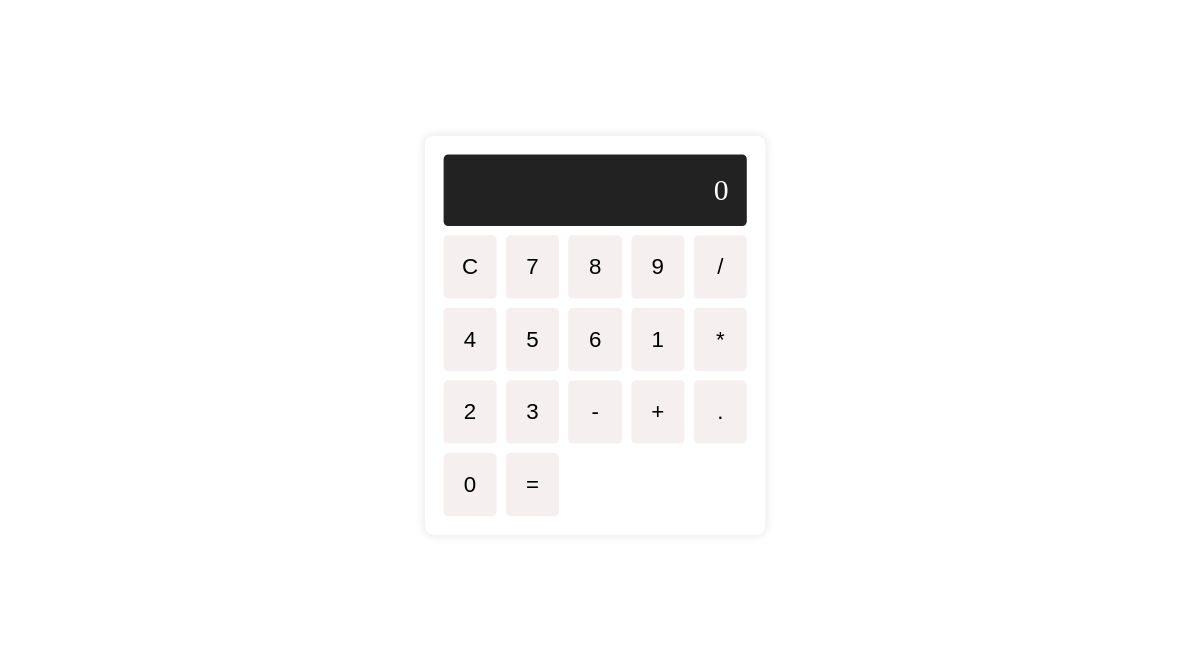
Repository: alizey12/calculator
Page: index.html
These files come from the project's save history. The page is drawn as it stood at one moment and after the next save; the edit follows.
The browser window is 1280 px wide. The pictures show the whole page, at 93% of full size.

Above is the page before, as saved 2024-11-23 18:47:21.

After the next save:
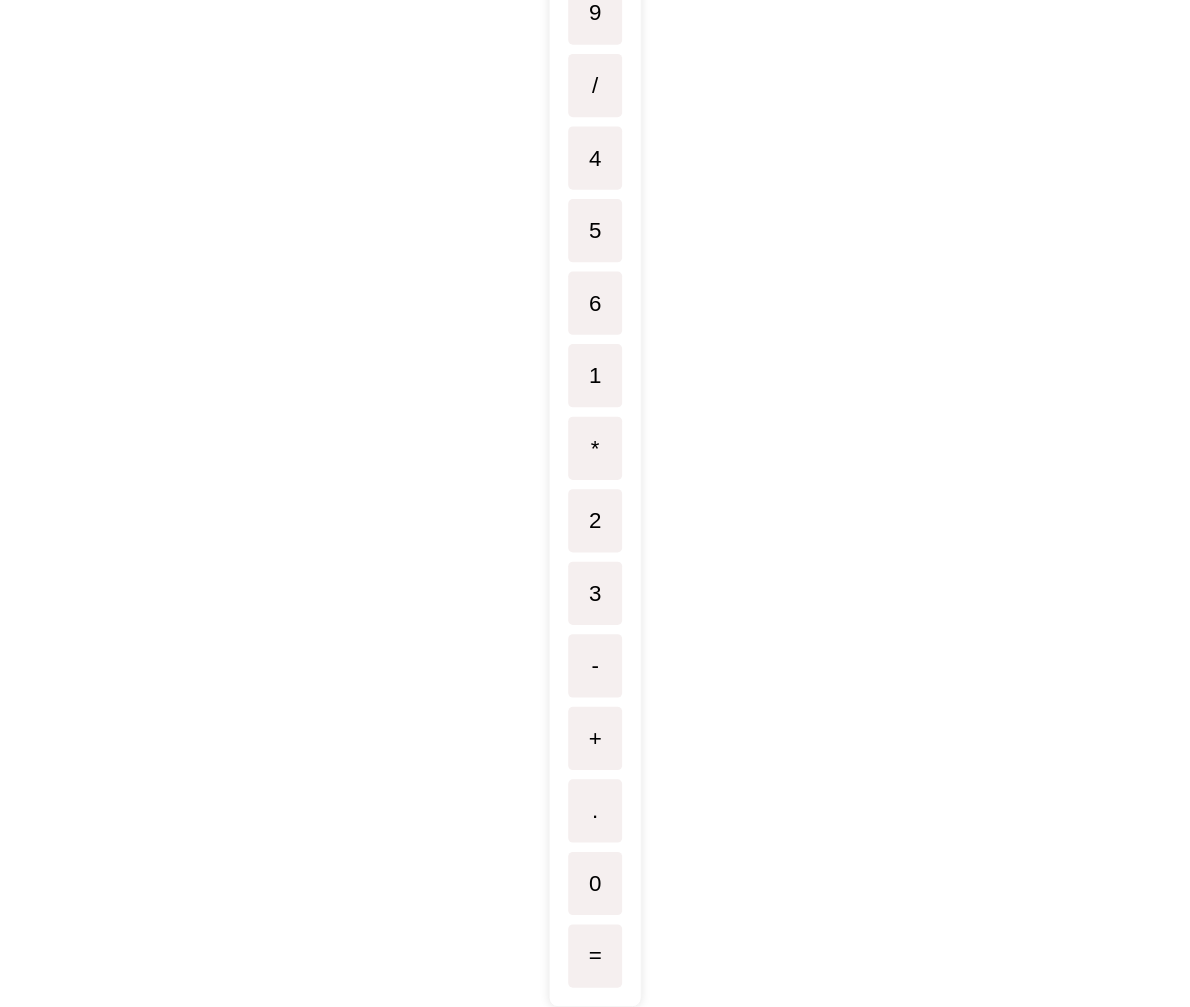
Saved 63 s later.
--- a/styles.css
+++ b/styles.css
@@ -28,7 +28,7 @@ body {
 
 .buttons {
     display: grid;
-    grid-template-columns: repeat(5, 1fr);
+    grid-template-columns: repeat(, 1fr);
     gap: 10px;
 }
 

After the save that followed:
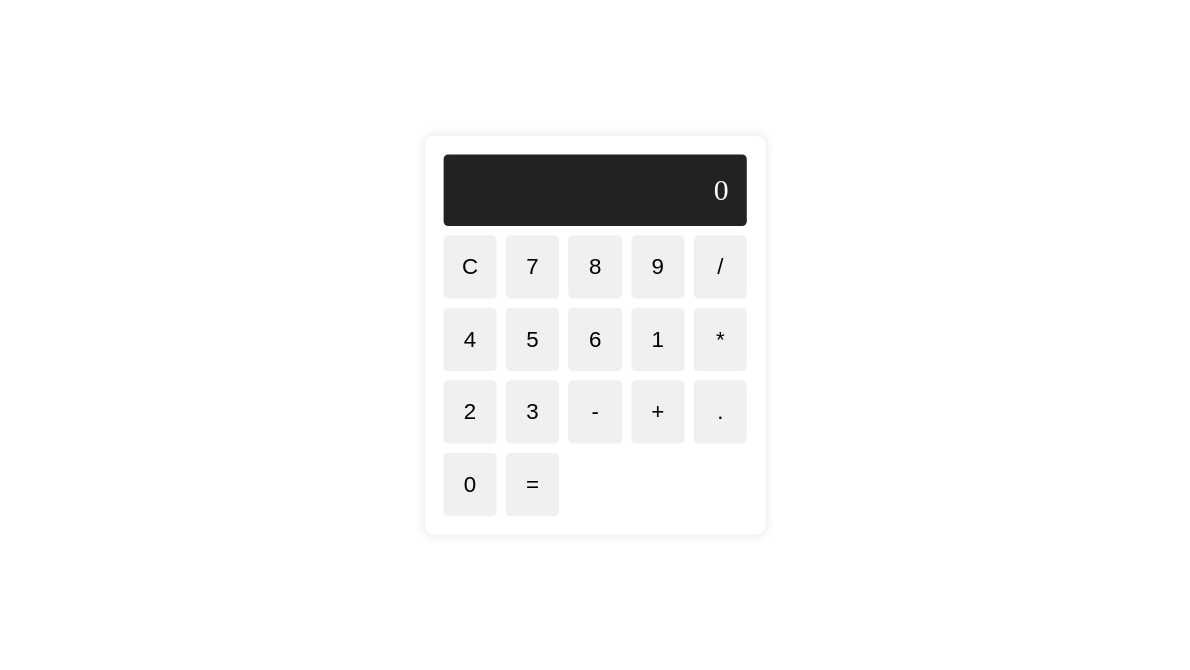
Saved 5 s later.
--- a/styles.css
+++ b/styles.css
@@ -28,7 +28,7 @@ body {
 
 .buttons {
     display: grid;
-    grid-template-columns: repeat(, 1fr);
+    grid-template-columns: repeat(5, 1fr);
     gap: 10px;
 }
 
@@ -37,7 +37,7 @@ body {
     font-size: 1.5em;
     border: none;
     border-radius: 5px;
-    background-color: #f5efef;
+    background-color: #f0f0f0;
     cursor: pointer;
 }
 
